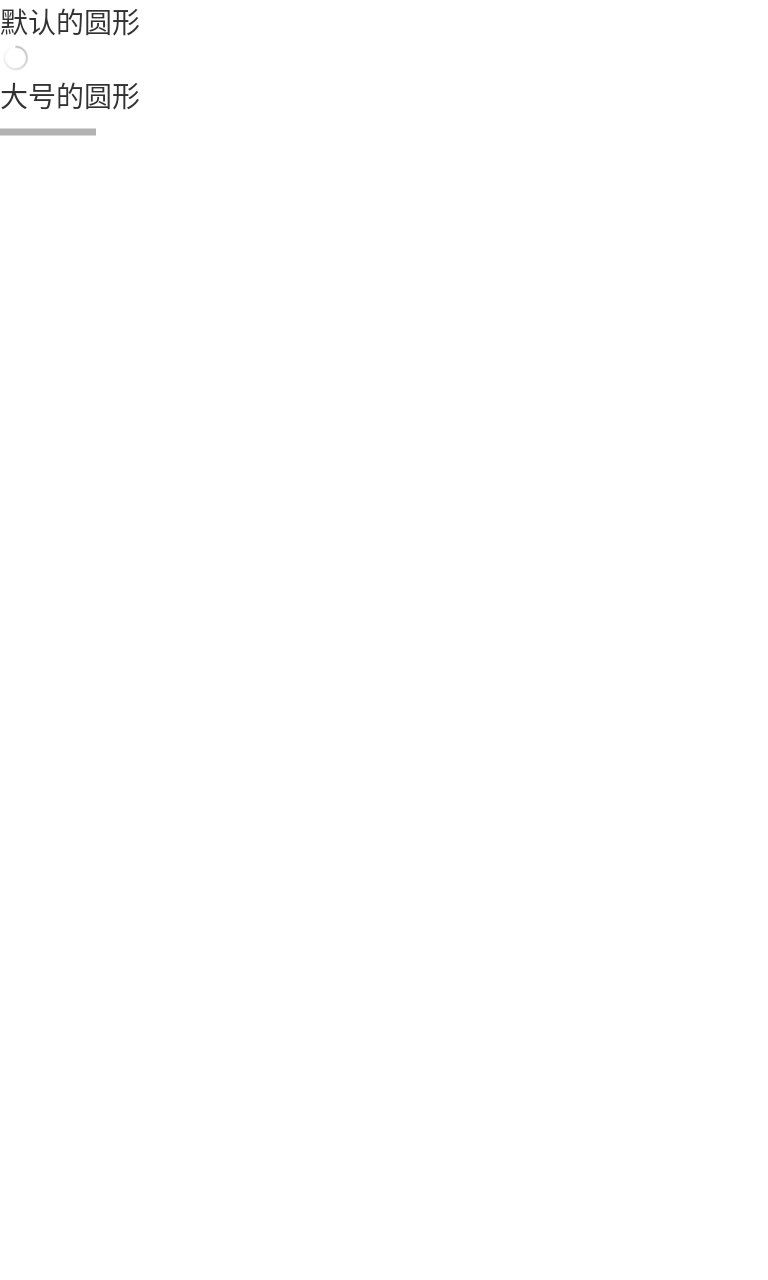
Repository: ling-cen/demo
Layout: UI_ProGressBar/res/layout/progressbar_layout.xml
The author's editor kept a copy of each file at every save. The layout is drawn from the files as they stood at one save, then again after the next save.
It is drawn on a 768 x 1280 px phone screen (xhdpi) without system bars, with theme AppTheme; the app's code is not run.

Above is the layout before, as saved 2018-12-13 12:15:45.

After the next save:
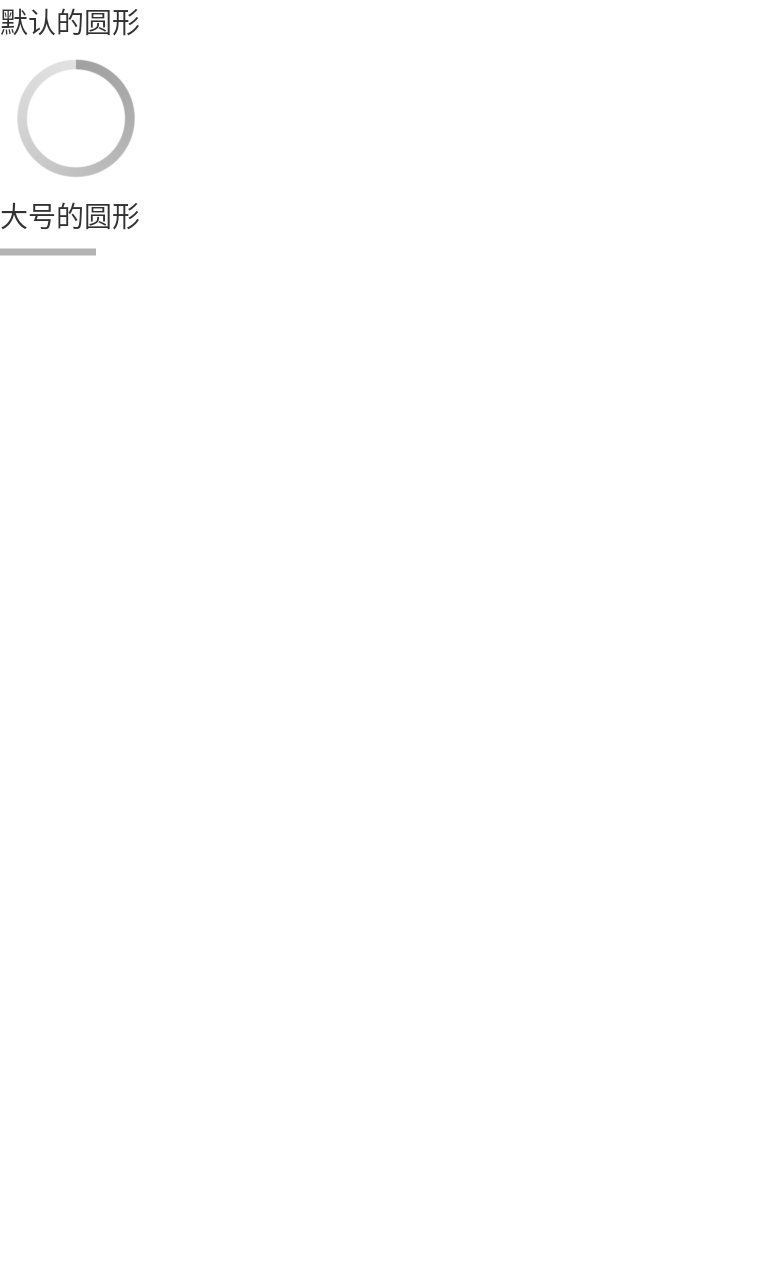
Saved 25 s later.
--- a/UI_ProGressBar/res/layout/progressbar_layout.xml
+++ b/UI_ProGressBar/res/layout/progressbar_layout.xml
@@ -10,7 +10,7 @@
         />
 
     <ProgressBar
-        style="?android:attr/progressBarStyleSmall"
+        style="?android:attr/progressBarStyleLargeInverse"
         android:layout_width="wrap_content"
         android:layout_height="wrap_content" />
         <TextView
@@ -19,9 +19,9 @@
         android:text="大号的圆形"
         />
 
-    <ProgressBar
-        style="?android:attr/progressBarStyleHorizontal"
-        android:layout_width="wrap_content"
-        android:layout_height="wrap_content" />
+        <ProgressBar
+            style="?android:attr/progressBarStyleHorizontal"
+            android:layout_width="wrap_content"
+            android:layout_height="wrap_content" />
 
 </LinearLayout>

After the save that followed:
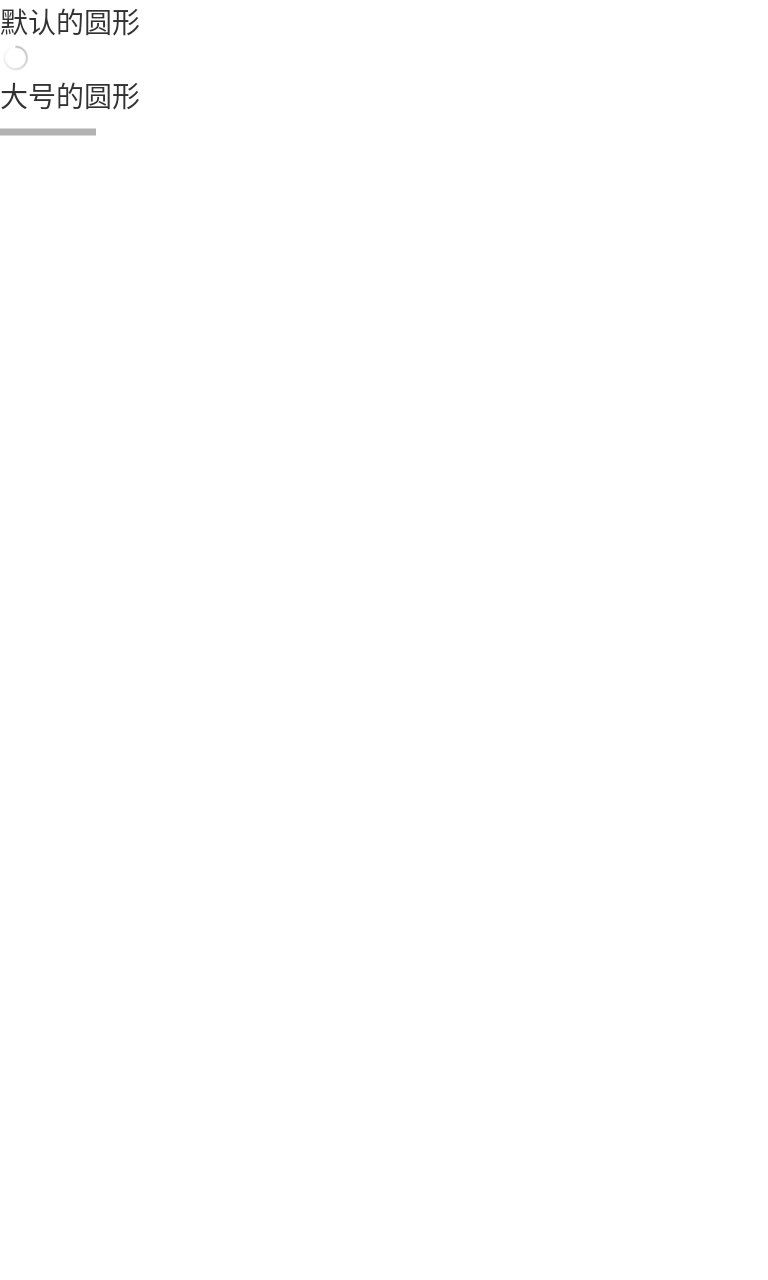
Saved 23 s later.
--- a/UI_ProGressBar/res/layout/progressbar_layout.xml
+++ b/UI_ProGressBar/res/layout/progressbar_layout.xml
@@ -10,7 +10,7 @@
         />
 
     <ProgressBar
-        style="?android:attr/progressBarStyleLargeInverse"
+        style="?android:attr/progressBarStyleSmall"
         android:layout_width="wrap_content"
         android:layout_height="wrap_content" />
         <TextView
